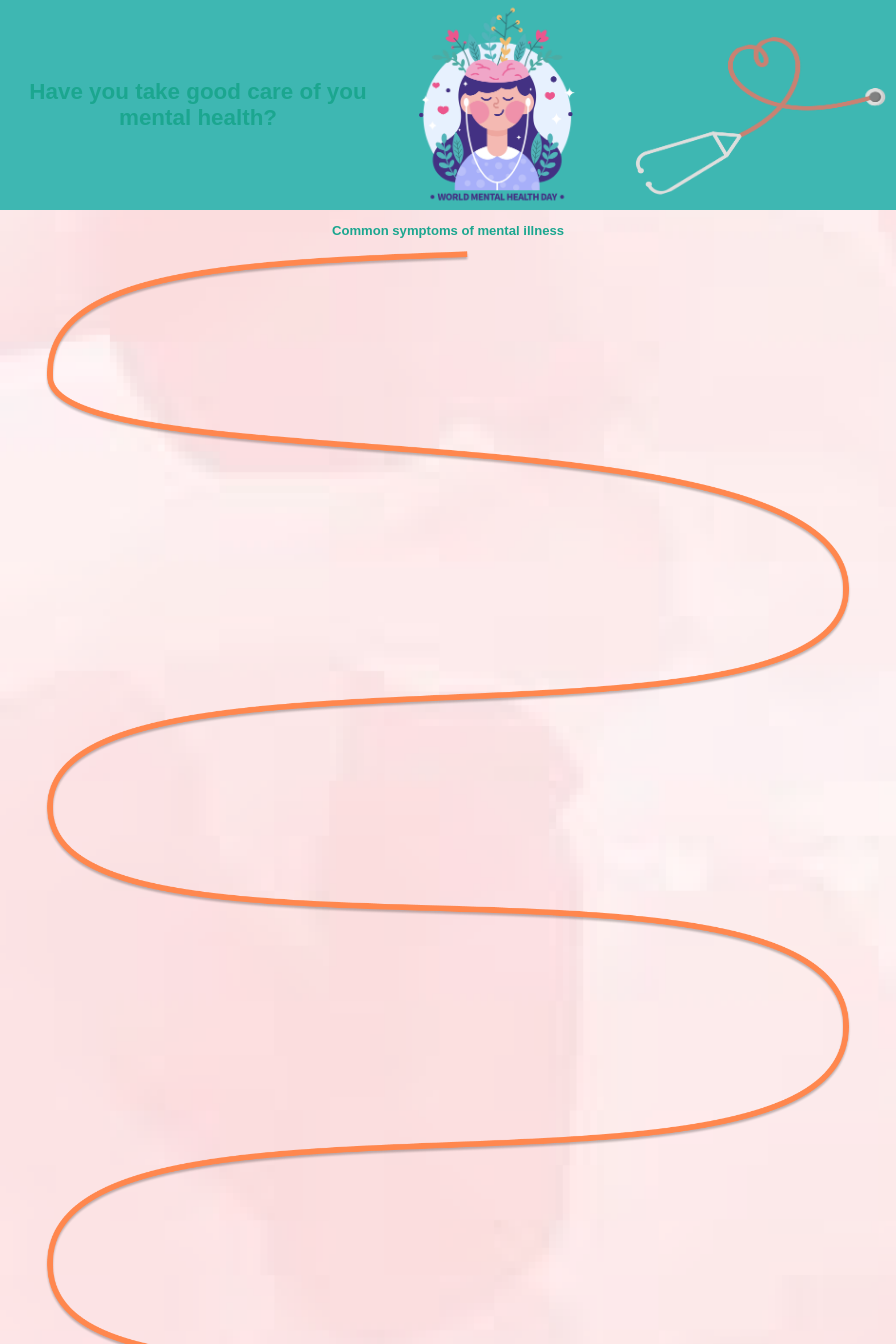
Repository: zzs1/2109-Dynamic-Content-Project
Page: Shin_code/index.html
The author's editor kept a copy of each file at every save. The page is drawn from the files as they stood at one save, then again after a run of saves.
The browser window is 1280 px wide. The pictures show the part of the page from y = 0 to 1920 px (the page is 2930 px tall), at 70% of full size.
Some web fonts or font styles are not loaded; a fallback is used.

Above is the page before, as saved 2021-03-09 00:09:21.

After the next 2 saves:
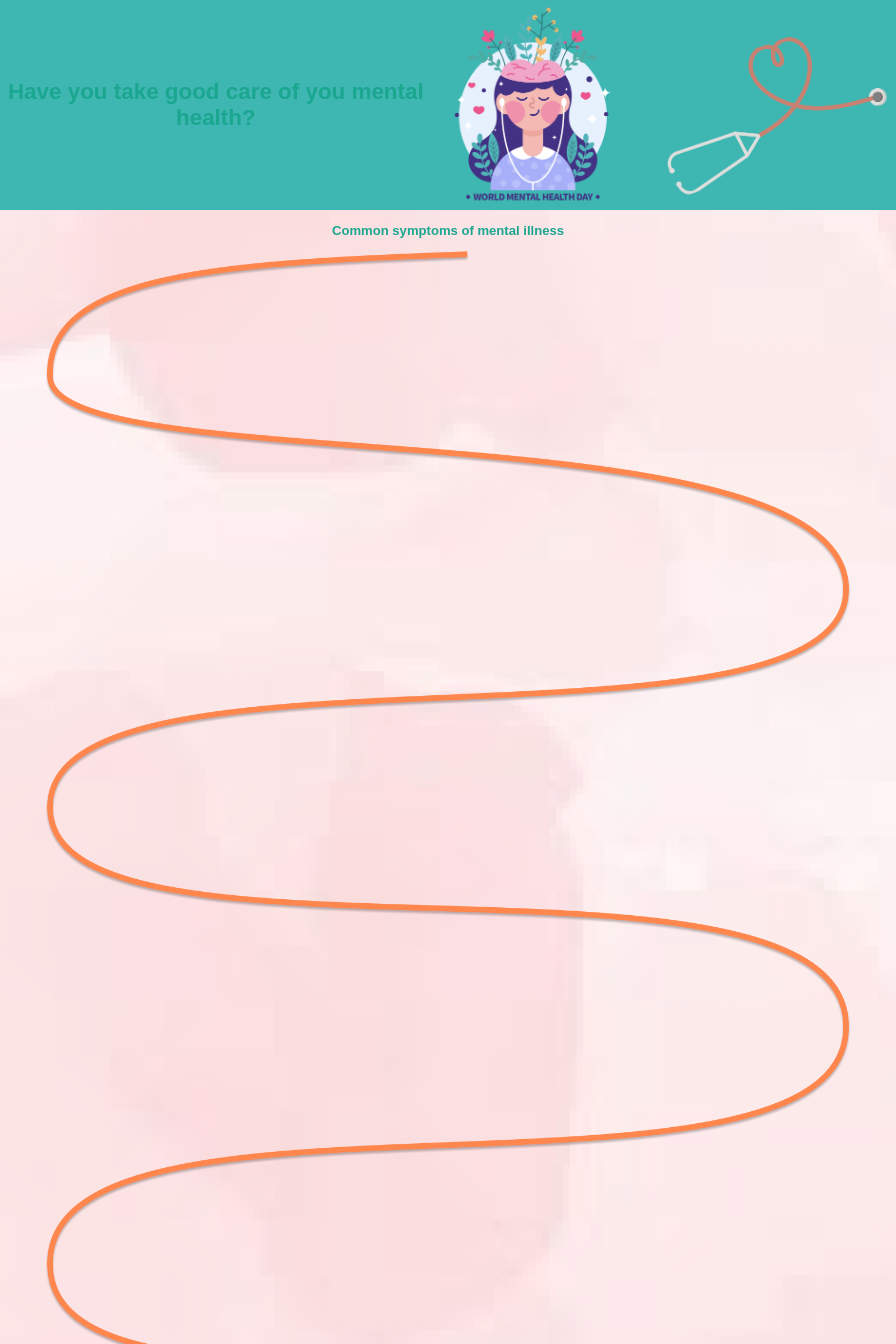
The 2 saves are shown as one change because they came seconds apart.
The last was saved 7 s later.
--- a/Shin_code/index.css
+++ b/Shin_code/index.css
@@ -73,7 +73,8 @@ color: #FFFFFF;
 }
 .header_back{
 
-  width:
+  width:80%;
+
 }
 .headertitle{
 
